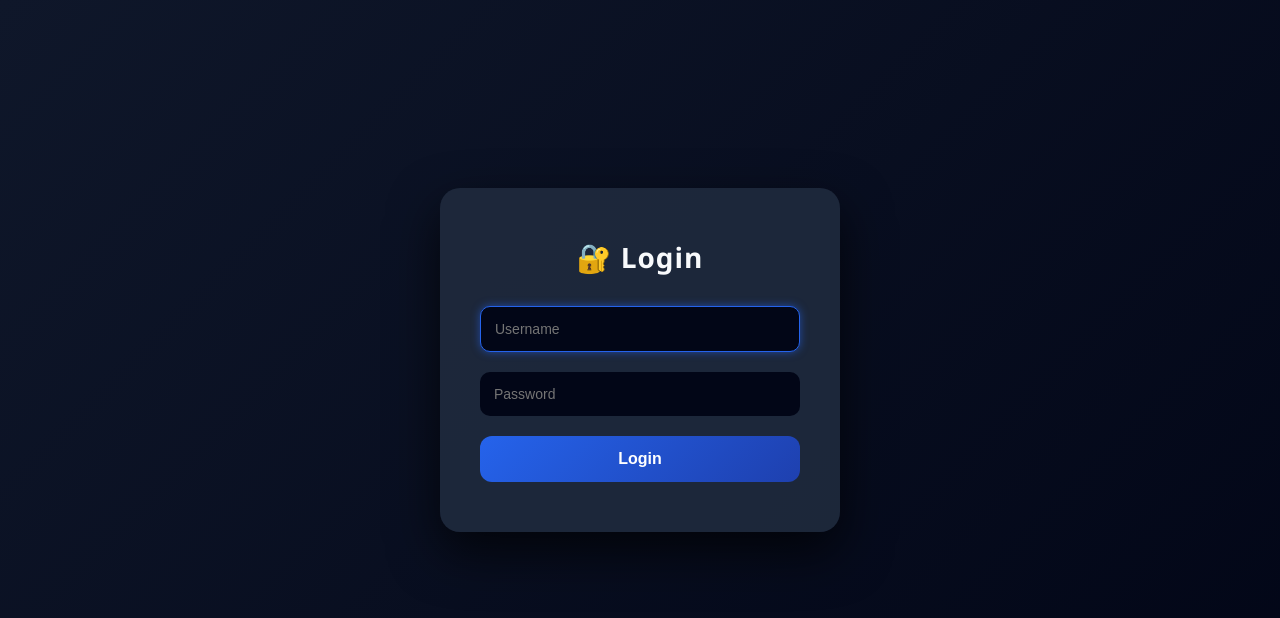
Repository: SNEHASURESH003/flight_system
Page: http://localhost/
An editor plug-in stored every save of this project. The page is shown before and after a run of saves, followed by the edit.
The browser window is 1280 px wide. The pictures show the whole page.
The page is served by the project's application, run on Django 5.2 (manage.py).

Above is the page before, as saved 2026-01-20 01:20:57.

After the next 3 saves:
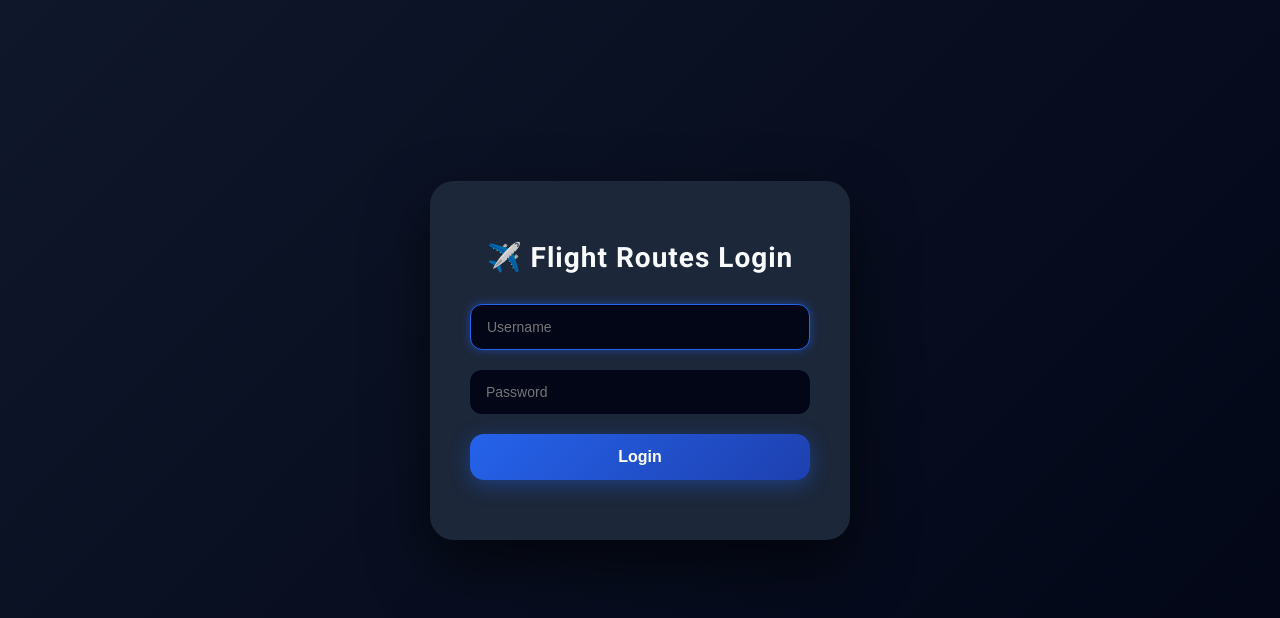
The 3 saves are shown as one change because 2 did not build or start.
The last was saved 2 min 44 s later.
--- a/airport/airport_route/templates/login.html
+++ b/airport/airport_route/templates/login.html
@@ -2,43 +2,53 @@
 <html lang="en">
 <head>
     <meta charset="UTF-8">
-    <title>Login - Flight Routes</title>
+    <title>Flight Routes Login</title>
+    <link href="https://fonts.googleapis.com/css2?family=Roboto:wght@400;500;700&display=swap" rel="stylesheet">
     <style>
-        /* Reset and font */
-        * {
-            box-sizing: border-box;
-            margin: 0;
-            padding: 0;
-        }
+        /* Reset */
+        * { box-sizing: border-box; margin: 0; padding: 0; }
         body {
-            font-family: 'Segoe UI', Tahoma, Geneva, Verdana, sans-serif;
+            font-family: 'Roboto', sans-serif;
             background: linear-gradient(135deg, #0f172a, #020617);
             color: #e5e7eb;
             display: flex;
             justify-content: center;
             align-items: center;
-            height: 100vh;
+            min-height: 100vh;
         }
 
         /* Card */
         .card {
             background: rgba(30, 41, 59, 0.95);
-            padding: 50px 40px;
-            border-radius: 20px;
-            box-shadow: 0 20px 50px rgba(0,0,0,0.7);
+            padding: 60px 40px;
+            border-radius: 24px;
+            box-shadow: 0 25px 60px rgba(0,0,0,0.6);
             width: 100%;
-            max-width: 400px;
+            max-width: 420px;
             text-align: center;
-            transition: transform 0.3s ease;
+            position: relative;
+            overflow: hidden;
+            transition: all 0.4s ease;
         }
 
         .card:hover {
             transform: translateY(-5px);
+            box-shadow: 0 35px 80px rgba(0,0,0,0.7);
         }
 
-        /* Header */
+        /* Logo */
+        .logo {
+            display: block;
+            margin: 0 auto 25px auto;
+            width: 80px;
+            height: auto;
+            border-radius: 12px;
+            box-shadow: 0 4px 15px rgba(0,0,0,0.3);
+        }
+
         h2 {
             font-size: 28px;
+            font-weight: 700;
             color: #f8fafc;
             margin-bottom: 30px;
             letter-spacing: 1px;
@@ -47,9 +57,9 @@
         /* Inputs */
         input {
             width: 100%;
-            padding: 14px;
+            padding: 14px 16px;
             margin-bottom: 20px;
-            border-radius: 10px;
+            border-radius: 12px;
             border: none;
             outline: none;
             background-color: #020617;
@@ -60,39 +70,41 @@
 
         input:focus {
             border: 1px solid #2563eb;
-            box-shadow: 0 0 8px rgba(37, 99, 235, 0.6);
+            box-shadow: 0 0 10px rgba(37, 99, 235, 0.5);
         }
 
         /* Button */
         button {
             width: 100%;
             padding: 14px;
+            border-radius: 14px;
             border: none;
-            border-radius: 12px;
             font-size: 16px;
             font-weight: 600;
-            color: #fff;
+            color: white;
             background: linear-gradient(135deg, #2563eb, #1e40af);
             cursor: pointer;
             transition: all 0.3s ease;
+            box-shadow: 0 5px 20px rgba(37, 99, 235, 0.4);
         }
 
         button:hover {
             background: linear-gradient(135deg, #1d4ed8, #1e3a8a);
-            box-shadow: 0 10px 25px rgba(37, 99, 235, 0.5);
+            box-shadow: 0 8px 30px rgba(37, 99, 235, 0.6);
         }
 
         /* Error message */
         .error {
             background: rgba(220, 38, 38, 0.1);
             color: #f87171;
-            padding: 10px;
-            border-radius: 8px;
+            padding: 12px;
+            border-radius: 10px;
             margin-bottom: 20px;
             font-size: 14px;
+            animation: fadeIn 0.5s;
         }
 
-        /* Links */
+        /* Footer links */
         .links {
             margin-top: 20px;
             font-size: 14px;
@@ -102,27 +114,35 @@
             color: #60a5fa;
             text-decoration: none;
             margin: 0 5px;
+            transition: all 0.2s ease;
         }
 
         .links a:hover {
             text-decoration: underline;
+            color: #93c5fd;
+        }
+
+        /* Animation */
+        @keyframes fadeIn {
+            from { opacity: 0; transform: translateY(-10px); }
+            to { opacity: 1; transform: translateY(0); }
         }
 
         /* Responsive */
         @media (max-width: 480px) {
-            .card {
-                padding: 40px 20px;
-            }
-            h2 {
-                font-size: 24px;
-            }
+            .card { padding: 50px 25px; }
+            h2 { font-size: 24px; }
+            button { font-size: 15px; }
         }
     </style>
 </head>
 <body>
 
 <div class="card">
-    <h2>🔐 Login</h2>
+    <!-- Logo -->
+
+
+    <h2>✈️ Flight Routes Login</h2>
 
     {% if form.errors %}
         <div class="error">Invalid username or password</div>
@@ -135,7 +155,10 @@
         <button type="submit">Login</button>
     </form>
 
-
+    {% comment %} <div class="links">
+        <a href="#">Forgot Password?</a> |
+        <a href="#">Help</a>
+    </div> {% endcomment %}
 </div>
 
 </body>
